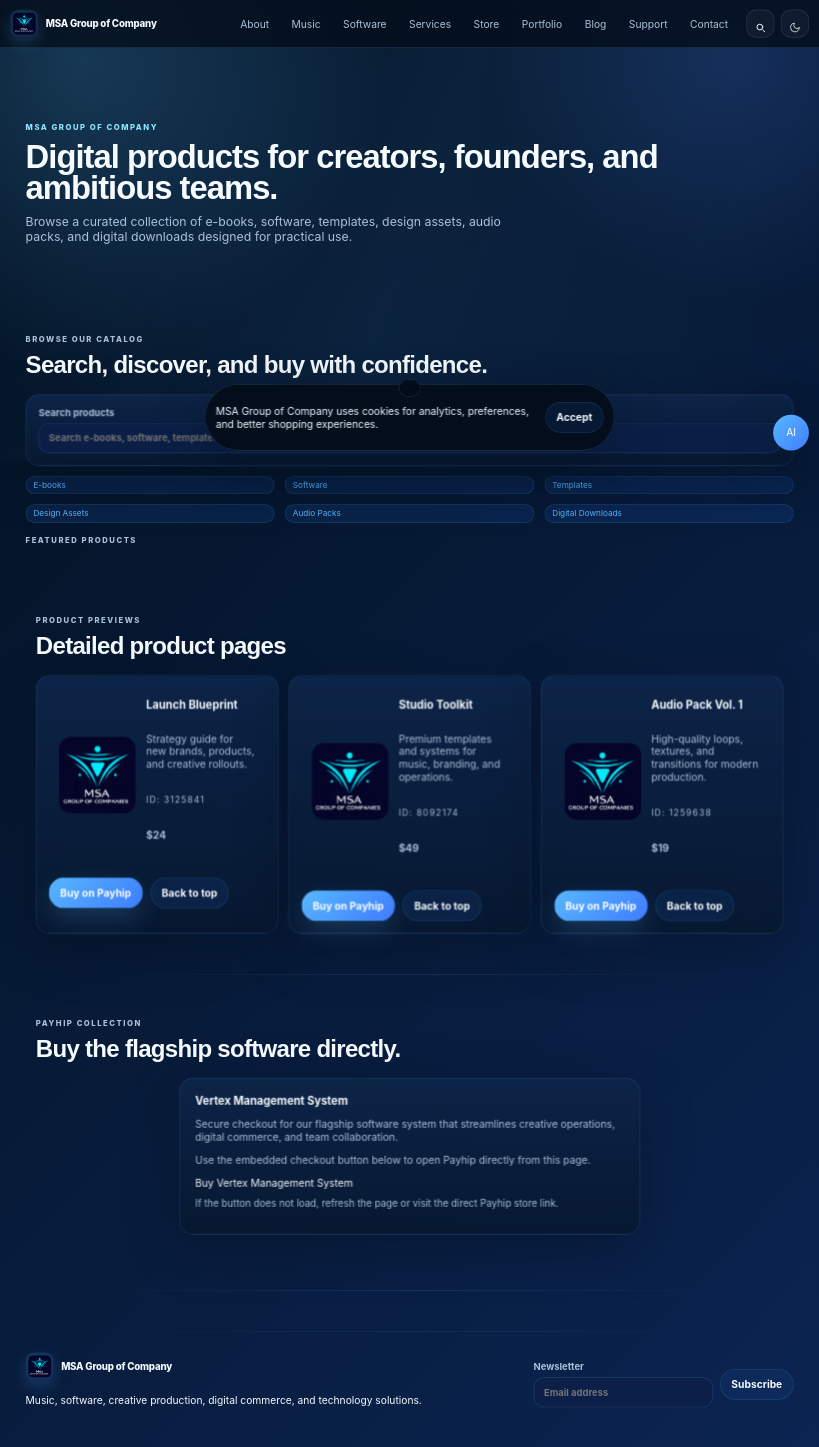
Repository: wifiasert/MSA-Group-of-Company
Page: store/index.html
The author's editor kept a copy of each file at every save. The page is drawn from the files as they stood at one save, then again after the next save.
The browser window is 1280 px wide. The pictures show the whole page, at 64% of full size.

Above is the page before, as saved 2026-07-18 04:11:11.

After the next save:
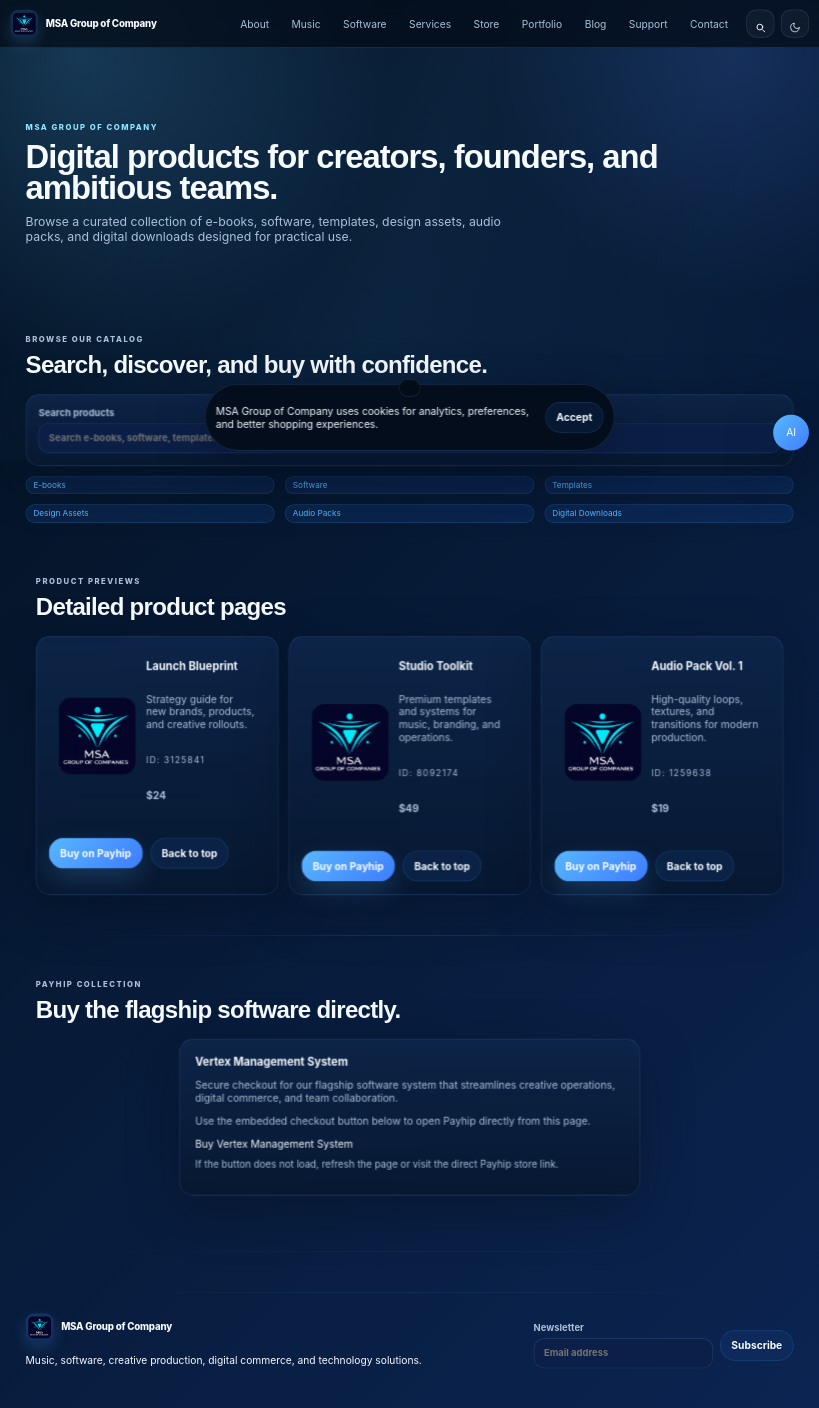
Saved 38 s later.
--- a/store/index.html
+++ b/store/index.html
@@ -325,8 +325,6 @@
       <div class="card-grid section-panel">
         <span class="chip">E-books</span><span class="chip">Software</span><span class="chip">Templates</span><span class="chip">Design Assets</span><span class="chip">Audio Packs</span><span class="chip">Digital Downloads</span>
       </div>
-      <div class="section-heading"><p class="eyebrow">Featured products</p></div>
-
     <section class="section reveal">
       <div class="section-heading"><p class="eyebrow">Product previews</p><h2>Detailed product pages</h2></div>
       <div class="card-grid">
